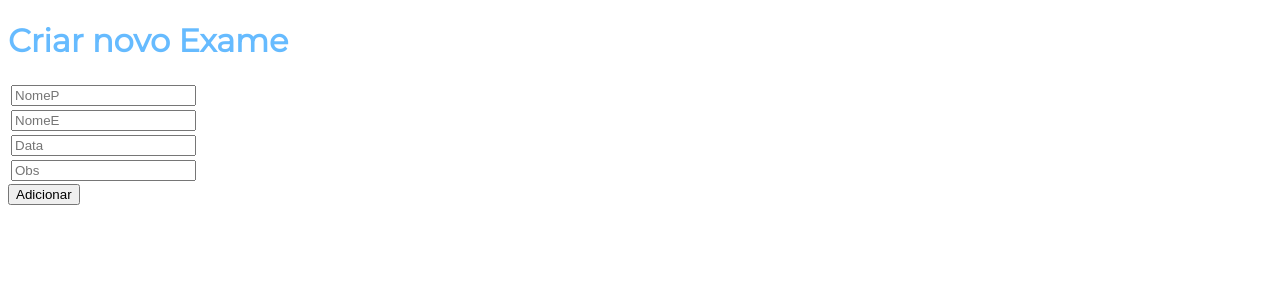
Repository: consultorgomes/exameSocTest
Page: exames/src/main/webapp/novo.html
The author's editor kept a copy of each file at every save. The page is drawn from the files as they stood at one save, then again after the next save.
The browser window is 1280 px wide. The pictures show the whole page.

Above is the page before, as saved 2021-09-09 05:00:22.

After the next save:
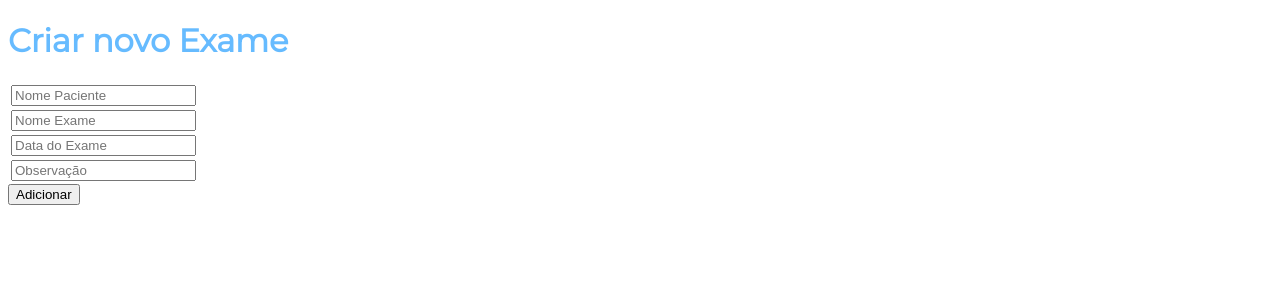
Saved 43 s later.
--- a/exames/src/main/webapp/novo.html
+++ b/exames/src/main/webapp/novo.html
@@ -11,16 +11,16 @@
 	<form name="frmExame" action= "">
 		<table>
 			<tr>
-				<td><input type="text" name = "nomeP" placeholder="NomeP"></td>
+				<td><input type="text" name = "nomeP" placeholder="Nome Paciente"></td>
 			</tr>
 			<tr>
-				<td><input type="text" name = "nomeE" placeholder="NomeE"></td>
+				<td><input type="text" name = "nomeE" placeholder="Nome Exame"></td>
 			</tr>
 			<tr>
-				<td><input type="text" name = "data" placeholder="Data"></td>
+				<td><input type="text" name = "data" placeholder="Data do Exame"></td>
 			</tr>
 			<tr>
-				<td><input type="text" name = "obs" placeholder="Obs"></td>
+				<td><input type="text" name = "obs" placeholder="Observação"></td>
 			</tr>
 		</table>
 		<input type="button" value="Adicionar">
